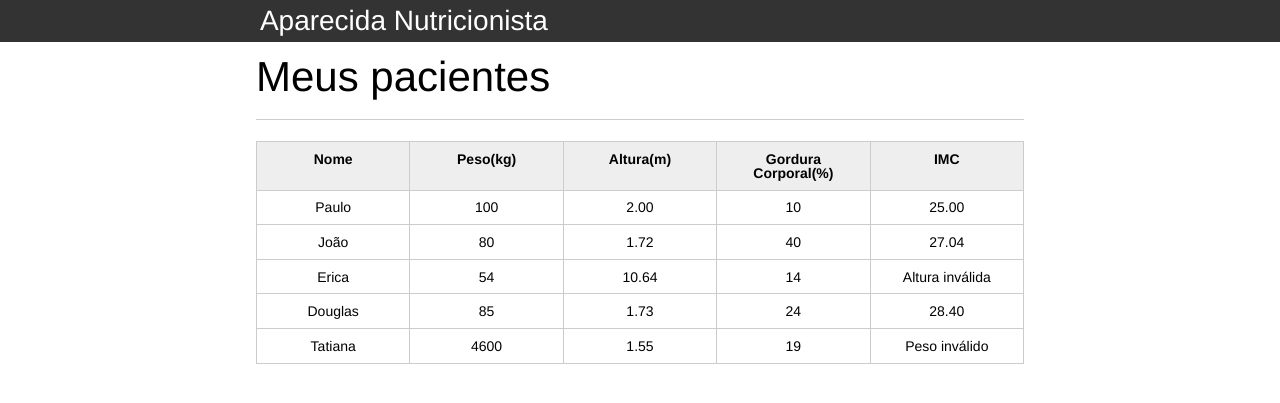
Repository: prof-fernando-alves/introducao-javascript
Page: index.html
These files come from the project's save history. The page is drawn as it stood at one moment and after a run of saves; the edit follows.
The browser window is 1280 px wide. The pictures show the whole page.

Above is the page before, as saved 2021-09-14 14:41:33.
Console error (its wording comes from the project's code and is left out).

### index.html
<!DOCTYPE html>
<html lang="pt-br">
	<head>
		<meta charset="UTF-8">
		<title>Aparecida Nutrição</title>
		<link rel="icon" href="favicon.ico" type="image/x-icon">
		<link rel="stylesheet" type="text/css" href="css/reset.css">
		<link rel="stylesheet" type="text/css" href="css/index.css">

	</head>
	<body>

		<header>
			<div class="container">
				<h2 class="titulo">Aparecida Nutrição</h2>
			</div>
		</header>
		<main>
			<section class="container">
				<h2>Meus pacientes</h2>
				<table>
					<thead>
						<tr>
							<th>Nome</th>
							<th>Peso(kg)</th>
							<th>Altura(m)</th>
							<th>Gordura Corporal(%)</th>
							<th>IMC</th>
						</tr>
					</thead>
					<tbody id="tabela-pacientes">
						<tr class="paciente" id="primeiro-paciente">
							<td class="info-nome">Paulo</td>
							<td class="info-peso">100</td>
							<td class="info-altura">2.00</td>
							<td class="info-gordura">10</td>
							<td class="info-imc">0</td>
						</tr>

						<tr class="paciente" >
							<td class="info-nome">João</td>
							<td class="info-peso">80</td>
							<td class="info-altura">1.72</td>
							<td class="info-gordura">40</td>
							<td class="info-imc">0</td>
						</tr>

						<tr class="paciente" >
							<td class="info-nome">Erica</td>
							<td class="info-peso">54</td>
							<td class="info-altura">10.64</td>
							<td class="info-gordura">14</td>
							<td class="info-imc">0</td>
						</tr>

						<tr class="paciente">
							<td class="info-nome">Douglas</td>
							<td class="info-peso">85</td>
							<td class="info-altura">1.73</td>
							<td class="info-gordura">24</td>
							<td class="info-imc">0</td>
						</tr>
						<tr class="paciente" >
							<td class="info-nome">Tatiana</td>
							<td class="info-peso">4600</td>
							<td class="info-altura">1.55</td>
							<td class="info-gordura">19</td>
							<td class="info-imc">0</td>
						</tr>
					</tbody>
				</table>

			</section>
		</main>

		<script src="js/principal.js" ></script>

	</body>
</html>

### css/index.css
*{
	box-sizing: border-box;
 }

body{
	font-family: "Helvetica Neue", "Helvetica", Helvetica, Arial, sans-serif;
	font-size: 14px;
}

header{
	background-color: #333;
	height: 3em;
	color: #FFF;
	margin-bottom: 1em;
}

header h1{
	font-size: 2em;
	display:inline-block;
	vertical-align:	middle;
}
header h2{
	font-size: 2em;
	display:inline-block;
	vertical-align:	middle;
}

header .container:before{
	content: '';
	display:inline-block;
	height: 100%;
	vertical-align:	middle;
}

.container{
	width: 60%;
	height: 100%;
	margin: 0 auto;
}

section{
	margin: 2em 0;
	overflow: hidden;
}

section h2{
	font-size: 3em;
	display: block;
	padding-bottom: .5em;
	border-bottom: 1px solid #ccc;
	margin-bottom: .5em;
}

table{
	width: 100%;
	margin-bottom : .5em;
    table-layout: fixed;

}

td, th {
	padding: .7em;
	margin: 0;
	border: 1px solid #ccc;
	text-align: center;
}

th{
	font-weight: bold;
	background-color: #EEE;
}

label{
	color: #555;
	display: block;
	margin-bottom: .2em;
}

.campo{
	margin: 0;
	padding-bottom: 1em;
	width: 100%;
	border: 1px solid #ccc;
	padding: .7em;
	width: 100%;
}

.campo-medio{
	display: inline-block;
	padding-right: .5em;
}

.grupo{
	width: 32%;
	display: inline-block;
	padding: 10px 0px;
}

button{
	padding: .5em 2em;
	border: 0;
	border-bottom: 3px solid;
	font-size: 1.2em;
	cursor: pointer;
	margin: 0;
	margin-top: -3px;
	color: #fff;
	background-color:#0c8cd3;
	border-color: #04324c;
	width: 20%;
    display: block;
    clear: both;
    margin: 10px 0px;

}

button:active{
	margin-top:0px;
	border: 0;
}

button[disabled=disabled], button:disabled {
    background-color: gray;
	border-color: darkgray;

}

.adicionar-paciente{
    margin-top: 30px;
}

.campo-invalido{
	border: 1px solid red;
}

.paciente-invalido{
	background-color: lightcoral;
}

### js/principal.js
var titulo = document.querySelector(".titulo");
titulo.textContent = "Aparecida Nutricionista";

var pacientes = document.querySelectorAll(".paciente");

for (var i=0; i < pacientes.length; i++){
        var paciente = pacientes[i]

        var tdPeso = paciente.querySelector(".info-peso");
        var peso = tdPeso.textContent;

        var tdAltura = paciente.querySelector(".info-altura");
        var altura = tdAltura.textContent;

        var tdImc = paciente.querySelector(".info-imc");

        var pesoEhValido = true;
        var alturaEhValida = true;

        if (peso <= 0 || peso >= 1000) {
            console.log("Peso inválido!");
            pesoEhValido = false;
            tdImc.textContent = "Peso inválido";
            paciente.classList.add("")
        }

        if (altura <= 0 || altura >= 3.00) {
            console.log("Altura inválida!");
            alturaEhValida = false;
            tdImc.textContent = "Altura inválida";

        }

        if (pesoEhValido && alturaEhValida) {
            var imc = peso / (altura * altura);
            tdImc.textContent = imc.toFixed(2);
}
}

Loaded but not shown: css/reset.css (common file)

After the next 2 saves:
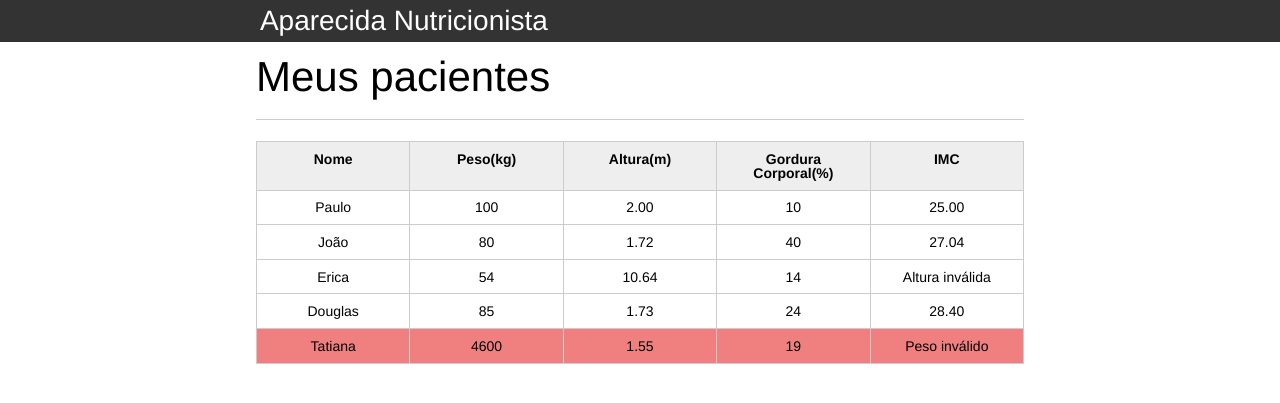
The error is gone.
The 2 saves are shown as one change because they came seconds apart.
The last was saved 7 s later.
--- a/js/principal.js
+++ b/js/principal.js
@@ -21,7 +21,7 @@ for (var i=0; i < pacientes.length; i++){
             console.log("Peso inválido!");
             pesoEhValido = false;
             tdImc.textContent = "Peso inválido";
-            paciente.classList.add("")
+            paciente.classList.add("paciente-invalido")
         }
 
         if (altura <= 0 || altura >= 3.00) {
